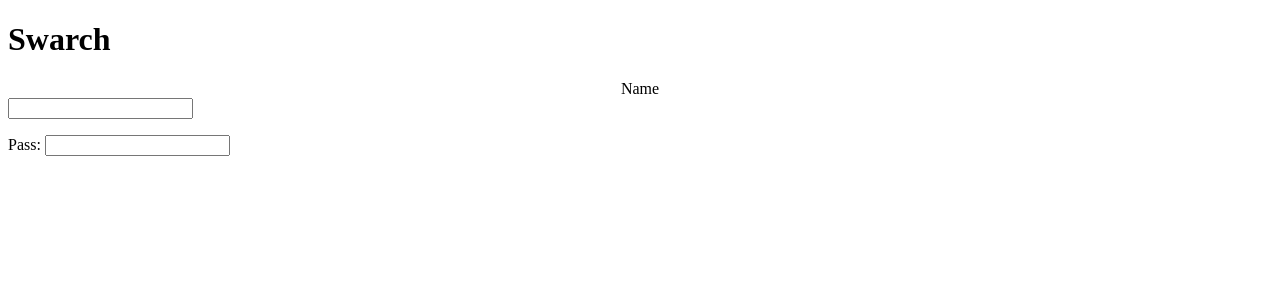
Repository: putty174/Swarch
Page: Swarch/index.htm
An editor plug-in stored every save of this project. The page is shown before and after the next save, followed by the edit.
The browser window is 1280 px wide. The pictures show the whole page.

Above is the page before, as saved 2014-04-12 05:58:10.

### Swarch/index.htm
<!DOCTYPE html>
<html>
<head>
<title>Swarch</title>
<link rel="stylesheet" href="swarch.css">
<script type="text/javascript">
function getInfo()
{
	var name = document.getElementById('NAME');
	var pass = document.getElementById('PASS');
}
</script>
</head>
<body>
<h1>Swarch</h1>
<center>Name</center>
<input type='text' id="NAME">
<p>Pass: <input type='text' id="PASS"></p>
<script src="swarch.js"></script>
</body>
</html>

Loaded but not shown: Swarch/swarch.css (no copy from this time; the picture is the same without it); Swarch/swarch.js (no copy from this time; the picture is the same without it)

After the next save:
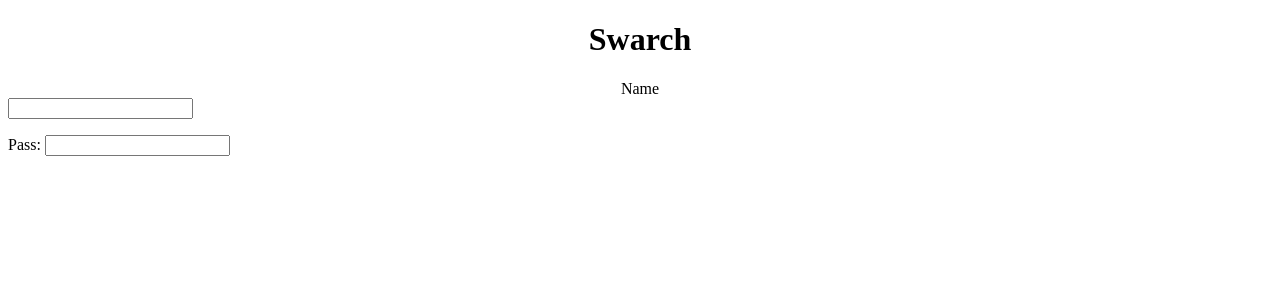
Saved 25 s later.
--- a/Swarch/index.htm
+++ b/Swarch/index.htm
@@ -12,7 +12,7 @@ function getInfo()
 </script>
 </head>
 <body>
-<h1>Swarch</h1>
+<h1><center>Swarch</center></h1>
 <center>Name</center>
 <input type='text' id="NAME">
 <p>Pass: <input type='text' id="PASS"></p>
